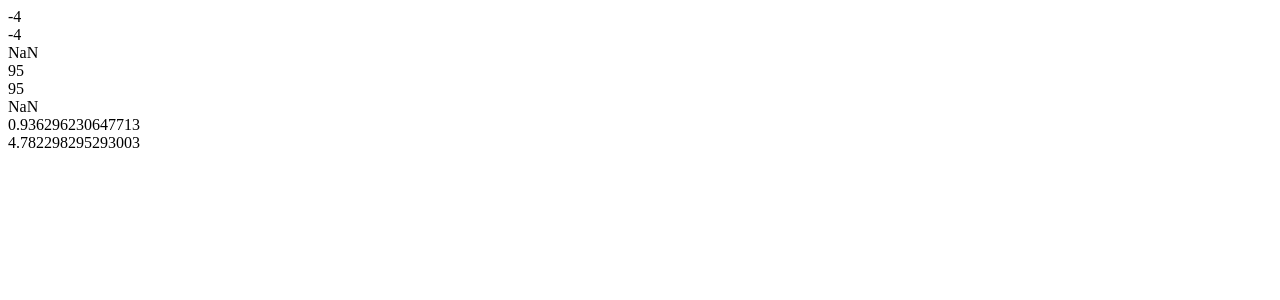
Repository: shinsil0601/webstudy
Page: 03_JavaScript/src/main/webapp/day03/ex04_Math.html
The author's editor kept a copy of each file at every save. The page is drawn from the files as they stood at one save, then again after the next save.
The browser window is 1280 px wide. The pictures show the whole page.

Above is the page before, as saved 2023-06-29 03:01:36.

### 03_JavaScript/src/main/webapp/day03/ex04_Math.html
<!DOCTYPE html>
<html>
<head>
<meta charset="UTF-8">
<title>Math 객체</title>
<script type="text/javascript">
/* 주요 메서드
	min, max, random, ceil, round, floor */
	document.write(Math.min(1,-2,95,-4,40,67)+"<br>");		    // -4
	document.write(Math.min(1,2,95,"-4",40,67)+"<br>");  		// -4
	document.write(Math.min(1,2,95,"hello",40,67)+"<br>"); 	    //NaN

	document.write(Math.max(1,-2,95,-4,40,67)+"<br>");      // 95
	document.write(Math.max(1,-2,"95",-4,40,67)+"<br>");    // 95
	document.write(Math.min(1,-2,95,"hello",40,67)+"<br>"); // NaN

	// random() : 난 수 발생(0부터 1사이의 값이 소숫점이 붙어서 무작위로 출력)
	document.write(Math.random()+"<br>");
	document.write((Math.random()*9)+"<br>"); // 0-9까지(자바와 다름)


</script>
</head>
<body>

</body>
</html>

After the next save:
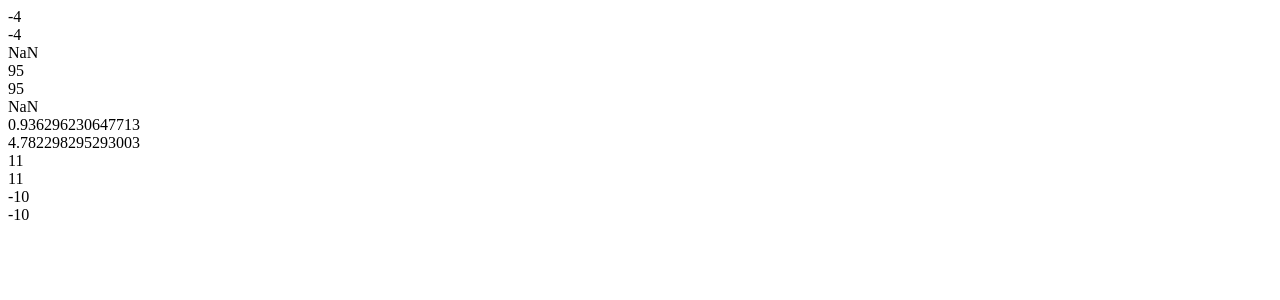
Saved 3 min 47 s later.
--- a/03_JavaScript/src/main/webapp/day03/ex04_Math.html
+++ b/03_JavaScript/src/main/webapp/day03/ex04_Math.html
@@ -6,10 +6,13 @@
 <script type="text/javascript">
 /* 주요 메서드
 	min, max, random, ceil, round, floor */
+
+	// min(....) : 인자들 중 가장 작은 값
 	document.write(Math.min(1,-2,95,-4,40,67)+"<br>");		    // -4
 	document.write(Math.min(1,2,95,"-4",40,67)+"<br>");  		// -4
 	document.write(Math.min(1,2,95,"hello",40,67)+"<br>"); 	    //NaN
 
+	//// max(....) : 인자들 중 가장 큰 값
 	document.write(Math.max(1,-2,95,-4,40,67)+"<br>");      // 95
 	document.write(Math.max(1,-2,"95",-4,40,67)+"<br>");    // 95
 	document.write(Math.min(1,-2,95,"hello",40,67)+"<br>"); // NaN
@@ -18,6 +21,11 @@
 	document.write(Math.random()+"<br>");
 	document.write((Math.random()*9)+"<br>"); // 0-9까지(자바와 다름)
 
+	// ceil : 올림
+	document.write(Math.ceil(10.65)+"<br>");	// 11
+	document.write(Math.ceil(10.45)+"<br>");	// 11
+	document.write(Math.ceil(-10.65)+"<br>");	// -10
+	document.write(Math.ceil(-10.45)+"<br>");	// -10
 
 </script>
 </head>
